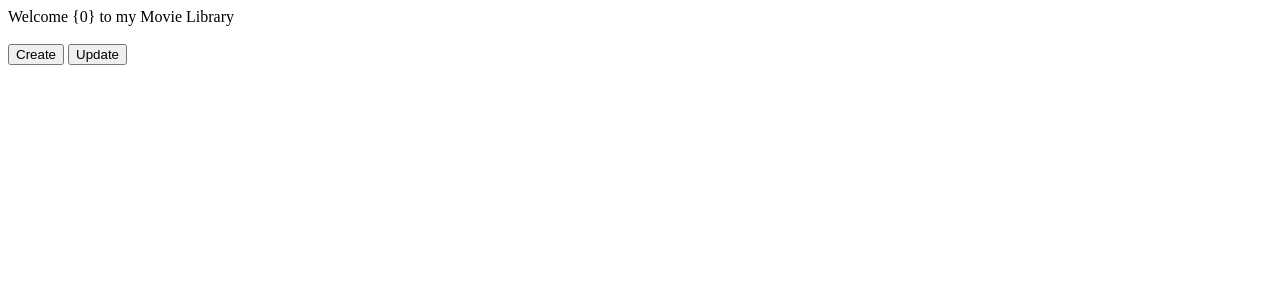
Repository: Romanetvin/InteractMovieLibrary
Page: http://localhost/Interact/views/home.jsp
An editor plug-in stored every save of this project. The page is shown before and after the next save, followed by the edit.
The browser window is 1280 px wide. The pictures show the whole page.
The page is served by Tomcat 9.

Above is the page before, as saved 2017-02-01 13:01:39.

After the next save:
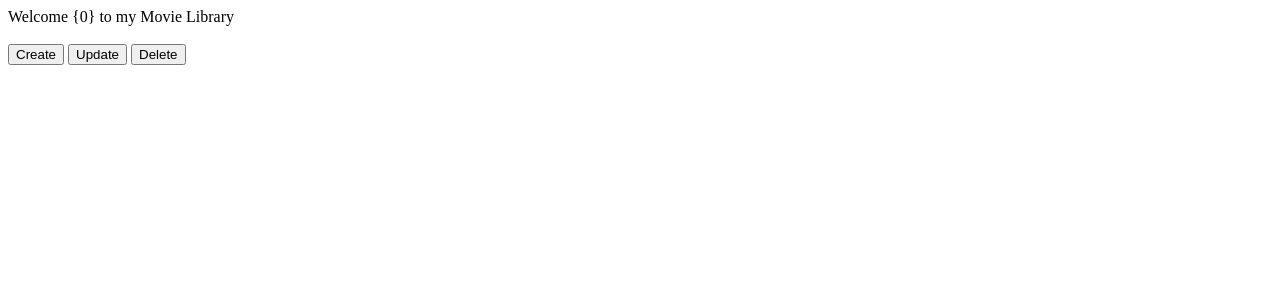
Saved 16 s later.
--- a/Interact/src/main/webapp/views/home.jsp
+++ b/Interact/src/main/webapp/views/home.jsp
@@ -17,5 +17,7 @@
 	<a ref="/add"><button><spring:message code="homePage.label.create"></spring:message></button></a>
 
 	<a ref="/update"><button><spring:message code="homePage.label.update"></spring:message></button></a>
+
+	<a ref="/delete"><button><spring:message code="homePage.label.delete"></spring:message></button></a>
 </body>
 </html>
